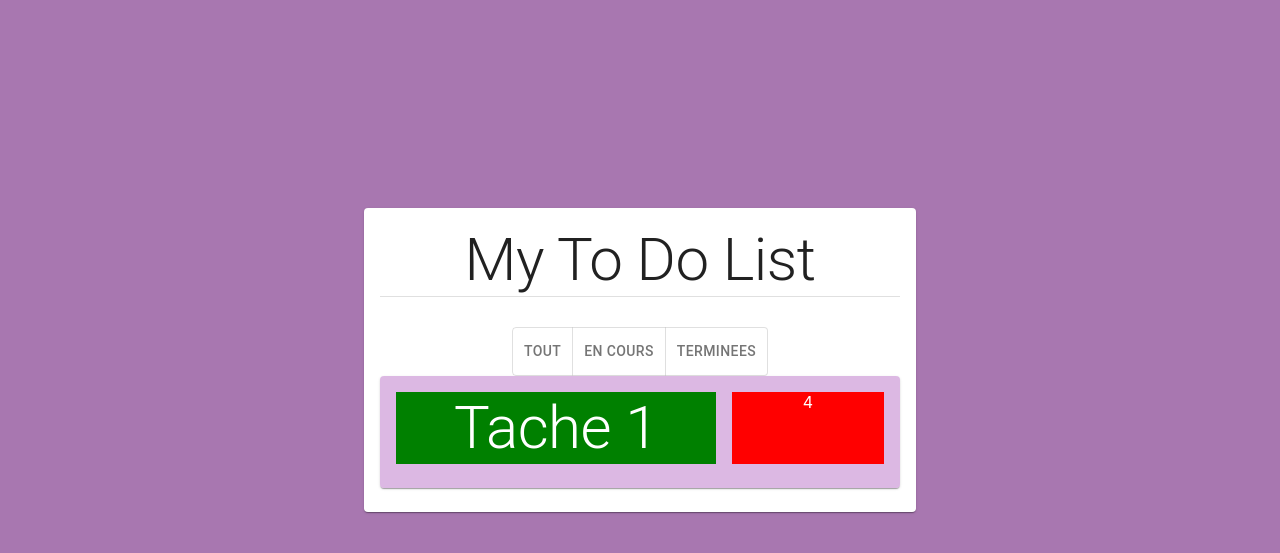
Repository: Fathiyasmine/Todo-list-project
Page: /
These files come from the project's save history. The page is drawn as it stood at one moment and after the next save; the edit follows.
The browser window is 1280 px wide. The pictures show the whole page.
The project was rebuilt for these pictures with package versions that can differ from the ones it lists, and the page was loaded fresh each time.

Above is the page before, as saved 2025-12-07 17:14:47.

### src/App.js
import "./App.css";
import ToDoList from "./components/ToDoList";

function App() {
  return (
    <div
      className="App"
      style={{
        display: "flex",
        justifyContent: "center",
        alignItems: "center",
        background: "#a877b0",
        height: "100vh",
      }}
    >
      <ToDoList />
    </div>
  );
}

export default App;

### src/components/ToDoList.js
import * as React from "react";
import Container from "@mui/material/Container";
import Card from "@mui/material/Card";
import CardContent from "@mui/material/CardContent";
import Typography from "@mui/material/Typography";
import Divider from "@mui/material/Divider";
import ToggleButton from "@mui/material/ToggleButton";
import ToggleButtonGroup from "@mui/material/ToggleButtonGroup";
//Components
import Todo from "./Todo";
export default function ToDoList() {
  return (
    <Container maxWidth="sm">
      <Card>
        <CardContent>
          <Typography variant="h2">My To Do List</Typography>
          <Divider />
          {/*Filter buttons */}
          <ToggleButtonGroup
            // value={alignment}
            exclusive
            // onChange={handleAlignment}
            aria-label="text alignment"
            style={{ marginTop: "30px" }}
          >
            <ToggleButton value="left">Tout</ToggleButton>
            <ToggleButton value="right">En cours</ToggleButton>
            <ToggleButton value="center">Terminees</ToggleButton>
          </ToggleButtonGroup>
          {/*Filter buttons */}
          {/*All todos */}
          <Todo />
          {/*All todos */}
        </CardContent>
      </Card>
    </Container>
  );
}

### src/components/Todo.js
import Card from "@mui/material/Card";
import CardContent from "@mui/material/CardContent";
import Typography from "@mui/material/Typography";
import Grid from "@mui/material/Grid";

export default function Todo() {
  return (
    <>
      <Card style={{ color: "white", background: "#c990d3a3" }}>
        <CardContent>
          <Grid container spacing={2}>
            <Grid size={8} style={{ background: "green" }}>
              <Typography variant="h2">Tache 1</Typography>
            </Grid>
            <Grid size={4} style={{ background: "red" }}>
              4{" "}
            </Grid>
          </Grid>
        </CardContent>
      </Card>
    </>
  );
}

Loaded but not shown: public/index.html (common file); src/index.js (common file); src/index.css (common file); src/reportWebVitals.js (common file); src/App.css (common file)

After the next save:
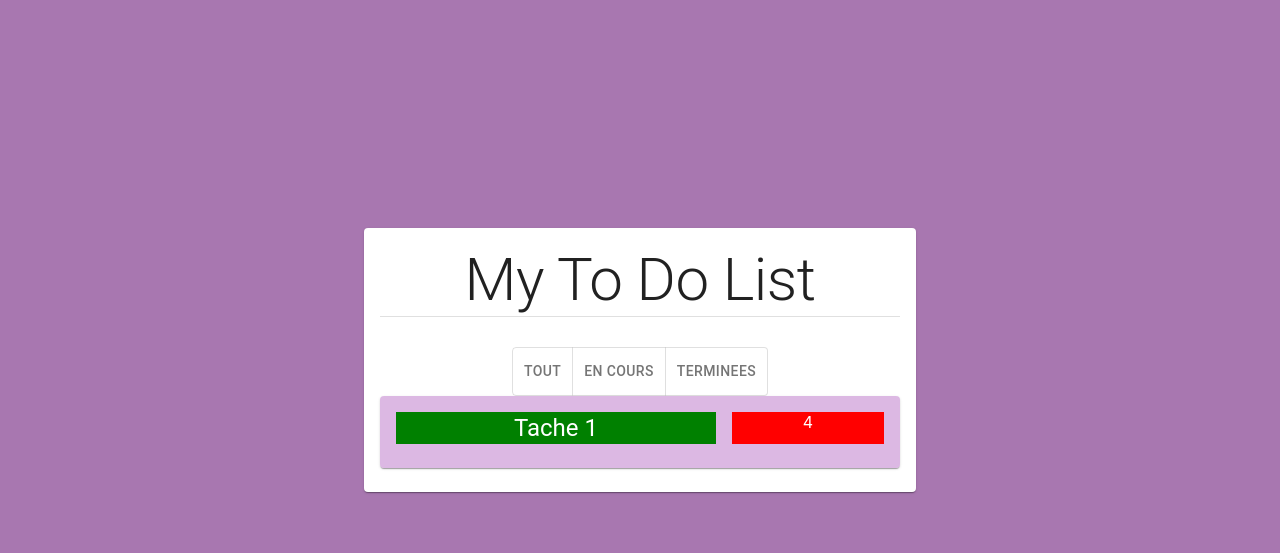
Saved 2 min 8 s later.
--- a/src/components/Todo.js
+++ b/src/components/Todo.js
@@ -10,7 +10,7 @@ export default function Todo() {
         <CardContent>
           <Grid container spacing={2}>
             <Grid size={8} style={{ background: "green" }}>
-              <Typography variant="h2">Tache 1</Typography>
+              <Typography variant="h5">Tache 1</Typography>
             </Grid>
             <Grid size={4} style={{ background: "red" }}>
               4{" "}
